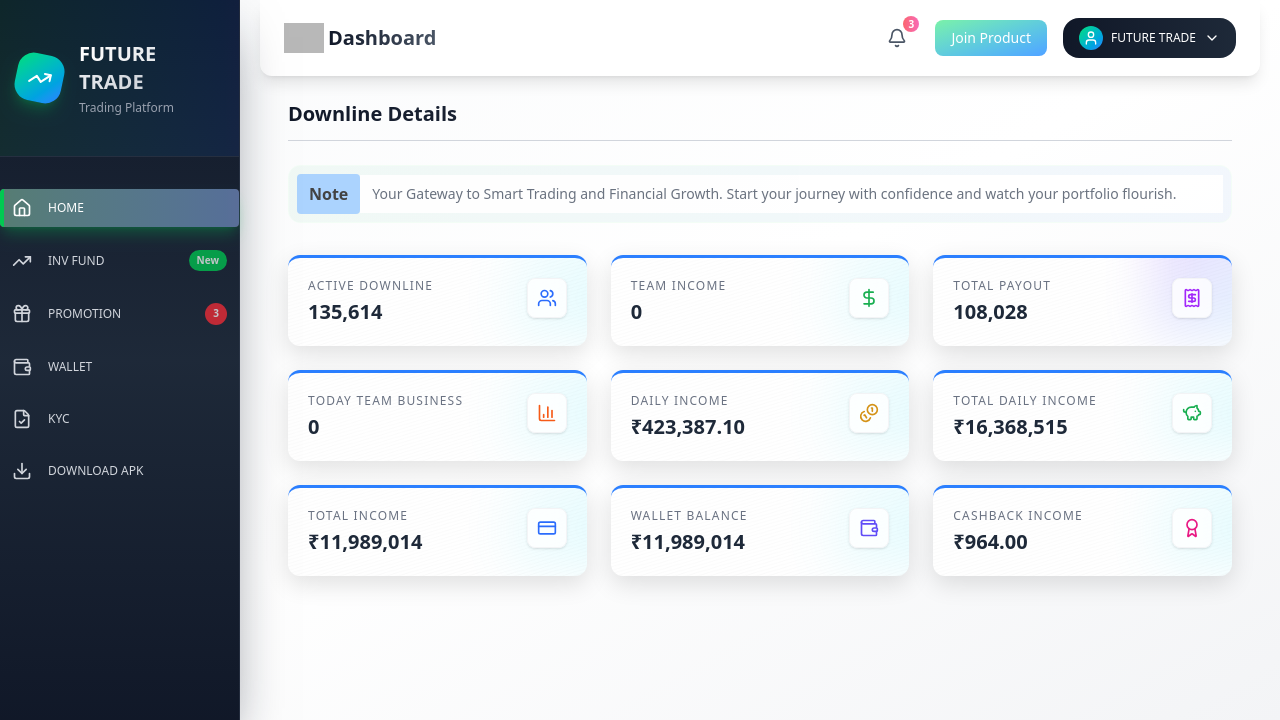
Repository: GauraVPandeyyy/Trade
Page: /
An editor plug-in stored every save of this project. The page is shown before and after the next save, followed by the edit.
The browser window is 1280 px wide. The pictures show the whole page.
Pictures or frames that could not be fetched are drawn as grey boxes. The project was rebuilt for these pictures with package versions that can differ from the ones it lists, and the page was loaded fresh each time. Some packages were replaced by stand-ins written for this rebuild. Also part of the build but not shown: vite.config.js, src/pages/Home.jsx, src/pages/InvFund.jsx, src/pages/Promotion.jsx, src/pages/Wallet.jsx, src/pages/Kyc.jsx, src/pages/DownloadApk.jsx.

Above is the page before, as saved 2025-08-02 13:36:15.

### src/main.jsx
import { StrictMode } from 'react'
import { createRoot } from 'react-dom/client'
import './index.css'
import App from './App.jsx'
import { BrowserRouter, RouterProvider } from 'react-router-dom'
import router from './routes.jsx/router.jsx'

createRoot(document.getElementById('root')).render(
  <StrictMode>
    <RouterProvider router={router} />
  </StrictMode>,
)

### src/App.jsx
import React from 'react'
import Sidebar from './components/Sidebar'
import { Outlet } from 'react-router-dom'
import Dashboard from './pages/Dashboard'
function App() {
  return (
    // <div className='text-center bg-gray-950 relative text-white min-h-screen w-screen'>
    //   <div className='absolute top-0 left-0 bottom-0 w-[300px] h-screen'>
    //     <Sidebar />
    //   </div>
    //   <Outlet />
    //   <h1>hello from h1</h1>
    // </div>
    <Dashboard />
  )
}

export default App

### src/routes.jsx/router.jsx
import App from "../App";
import Home from "../pages/Home";
import InvFund from "../pages/InvFund";
import Promotion from "../pages/Promotion";
import Wallet from "../pages/Wallet";
import Kyc from "../pages/Kyc";
import DownloadApk from "../pages/DownloadApk";
import { createBrowserRouter } from "react-router-dom";

const router = createBrowserRouter([
    {
        path: "/",
        element: <App />,
        children: [
            { path: "", element: <Home /> },
            { path: "inv-fund", element: <InvFund /> },
            { path: "promotion", element: <Promotion /> },
            { path: "wallet", element: <Wallet /> },
            { path: "kyc", element: <Kyc /> },
            { path: "download", element: <DownloadApk /> },
        ],
    },
]);

export default router;

### src/components/Sidebar.jsx
// import React from 'react'
// import { NavLink } from 'react-router-dom'

// function Sidebar() {
//     return (
//         <div className='bg-blue-500 w-full h-full flex flex-col justify-around'>
//             <NavLink
//                 to="/"
//                 className={({ isActive }) => isActive ? "bg-red-500" : ""}>
//                 Home
//             </NavLink>
//             <NavLink
//                 to="/inv-fund"
//                 className={({ isActive }) => isActive ? "bg-red-500" : ""}>
//                 Inv Fund
//             </NavLink>
//             <NavLink
//                 to="/promotion"
//                 className={({ isActive }) => isActive ? "bg-red-500" : ""}>
//                 Promotion
//             </NavLink>
//         </div>
//     )
// }

// export default Sidebar

import { useState } from 'react';
import {
  Home,
  TrendingUp,
  Gift,
  Wallet,
  FileCheck,
  Download,
  X,
  User
} from 'lucide-react';

const Sidebar = ({ isOpen, onClose, isMobile }) => {
  const [activeItem, setActiveItem] = useState('HOME');
  const [hoveredItem, setHoveredItem] = useState(null);

  const menuItems = [
    { name: 'HOME', icon: Home, badge: null },
    { name: 'INV FUND', icon: TrendingUp, badge: 'New' },
    { name: 'PROMOTION', icon: Gift, badge: '3' },
    { name: 'WALLET', icon: Wallet, badge: null },
    { name: 'KYC', icon: FileCheck, badge: null },
    { name: 'DOWNLOAD APK', icon: Download, badge: null },
  ];

  return (
    <>
      {/* Mobile Overlay with blur effect */}
      {isOpen && isMobile && (
        <div
          className="fixed inset-0 bg-black/20 backdrop-blur-sm z-40 transition-all duration-300"
          onClick={onClose}
        />
      )}

      {/* Sidebar */}
      <div className={`
        ${isMobile ? 'fixed' : 'sticky'} left-0 top-0 h-screen w-60 bg-gradient-to-b from-gray-900 via-gray-800 to-gray-900
        text-white z-50 transform transition-all duration-500 ease-out
        ${isOpen && isMobile ? 'translate-x-0' : isMobile ? '-translate-x-full' : 'translate-x-0'}
        ${!isMobile ? 'shadow-2xl shadow-gray-900/50' : ''}
        backdrop-blur-xl border-r border-gray-700/50
      `}>
        {/* Logo Section */}
        <div className="py-10 px-4 border-b border-gray-700/50 relative overflow-hidden">
          <div className="absolute inset-0 bg-gradient-to-r from-green-600/10 to-blue-600/10"></div>
          <div className="relative flex items-center space-x-4">
            <div className="w-12 h-12 bg-gradient-to-br from-green-400 to-blue-500 rounded-2xl flex items-center justify-center shadow-lg shadow-green-500/25 rotate-12 hover:rotate-0 transition-transform duration-500">
              <TrendingUp className="text-white" size={24} />
            </div>
            <div>
              <span className="text-xl font-bold bg-gradient-to-r from-white to-gray-300 bg-clip-text text-transparent">
                FUTURE TRADE
              </span>
              <p className="text-xs text-gray-400 mt-1">Trading Platform</p>
            </div>
          </div>
        </div>

        {/* Mobile Close Button */}
        {isMobile && (
          <button
            onClick={onClose}
            className="absolute top-6 right-6 p-4 text-gray-400 hover:text-white hover:bg-gray-800 rounded-xl transition-all duration-300 z-10"
          >
            <X size={20} />
          </button>
        )}

        {/* Menu Items */}
        <nav className="mt-8 px-0 space-y-3.5">
          {menuItems.map((item, index) => (
            <div
              key={item.name}
              className="relative"
              onMouseEnter={() => setHoveredItem(item.name)}
              onMouseLeave={() => setHoveredItem(null)}
            >
              <button
                onClick={() => setActiveItem(item.name)}
                className={`
                  w-full text-xs flex items-center justify-between px-3 py-[9px] rounded text-left transition-all duration-300
                  transform hover:translate-x-0 hover:scale-100 group relative overflow-hidden
                  ${activeItem === item.name
                    ? 'bg-gradient-to-r from-[#6B7280] to-[#6B7280] text-white shadow-lg shadow-green-500/25'
                    : 'text-gray-300 hover:bg-gray-800/50 hover:text-white'
                  }
                `}
                style={{ transitionDelay: `${index * 50}ms` }}
              >
                {/* Background animation */}
                <div className={`
                  absolute inset-0 bg-gradient-to-r from-green-600/20 to-blue-600/20 border-l-4 border-l-green-500 rounded
                  transform scale-x-0 group-hover:scale-x-100 transition-transform duration-500 origin-left
                  ${activeItem === item.name ? 'scale-x-100' : ''}
                `}></div>

                <div className="relative flex items-center space-x-4 z-10">
                  <item.icon
                    size={20}
                    className={`transition-all duration-300 ${hoveredItem === item.name ? 'scale-110 rotate-x-12' : ''}`}
                  />
                  <span className="font-medium">{item.name}</span>
                </div>

                {item.badge && (
                  <span className={`
                    relative z-10 px-2 py-1 text-[10px] font-bold rounded-full
                    ${item.badge === 'New'
                      ? 'bg-green-500 text-white'
                      : 'bg-red-500 text-white'
                    }
                    animate-pulse
                  `}>
                    {item.badge}
                  </span>
                )}
              </button>
            </div>
          ))}
        </nav>

        {/* User Profile Section */}
        {/* <div className="absolute bottom-6 left-6 right-6">
          <div className="bg-gray-800/50 rounded-2xl p-4 border border-gray-700/50 backdrop-blur-sm">
            <div className="flex items-center space-x-3">
              <div className="w-10 h-10 bg-gradient-to-br from-green-400 to-blue-500 rounded-xl flex items-center justify-center">
                <User size={18} className="text-white" />
              </div>
              <div className="flex-1">
                <p className="text-sm font-medium text-white">John Doe</p>
                <p className="text-xs text-gray-400">Premium User</p>
              </div>
            </div>
          </div>
        </div> */}
      </div>
    </>
  );
};

export default Sidebar;

### src/components/Header.jsx
import { useState } from 'react';
import {
    Menu,
    Bell,
    ChevronDown,
    Search,
    Settings,
    LogOut,
    User
} from 'lucide-react';

const Header = ({ onMenuClick, isMobile }) => {
    const [dropdownOpen, setDropdownOpen] = useState(false);
    // const [searchFocused, setSearchFocused] = useState(false);

    return (
        <header className="bg-white backdrop-blur-xl rounded-b-xl border-gray-400 px-6 py-4 sticky top-0 z-30 shadow-lg">
            <div className="flex items-center justify-between">
                {/* Left Side */}
                <div className="flex items-center space-x-6">
                    {isMobile && (
                        <button
                            onClick={onMenuClick}
                            className="p-2 text-gray-600 hover:text-gray-900 hover:bg-gray-100 rounded-xl transition-all duration-300 hover:scale-110"
                        >
                            <Menu size={20} />
                        </button>
                    )}
                    <div className='flex items-center'>
                        <img src="https://metafutureservices.com/assets/newlogo-pZQDBaKP.jpg" className='w-10 mr-1 animate-pulse' alt="" />
                        <h1 className="text-xl font-bold bg-gradient-to-r from-gray-900 to-gray-600 bg-clip-text text-transparent">
                            Dashboard
                        </h1>
                        {/* <p className="text-sm text-gray-500 mt-1">Welcome back, manage your portfolio</p> */}
                    </div>
                </div>

                {/* Search Bar - Hidden on mobile */}
                {/* {!isMobile && (
                    <div className="flex-1 max-w-lg mx-8">
                        <div className={`
              relative transition-all duration-300
              ${searchFocused ? 'scale-105' : ''}
            `}>
                            <Search className="absolute text-sm left-4 top-1/2 transform -translate-y-1/2 text-gray-400" size={20} />
                            <input
                                type="text"
                                placeholder="Search transactions, users..."
                                className="w-full pl-12 pr-4 py-2 bg-gray-50 border border-gray-200 rounded-2xl focus:outline-none focus:ring-2 focus:ring-green-500 focus:border-transparent transition-all duration-300"
                                onFocus={() => setSearchFocused(true)}
                                onBlur={() => setSearchFocused(false)}
                            />
                        </div>
                    </div>
                )} */}

                {/* Right Side */}
                <div className="flex items-center space-x-4">
                    {/* Notifications */}
                    <div className="relative">
                        <button className="p-3 text-gray-600 hover:text-gray-900 hover:bg-gray-100 rounded-xl transition-all duration-300 hover:scale-110 relative group">
                            <Bell size={20} />
                            <span className="absolute -top-0 -right-0 w-4 h-4 bg-gradient-to-r from-red-500 to-pink-500 rounded-full text-[10px] text-white flex items-center justify-center font-bold animate-pulse">
                                3
                            </span>
                            <div className="absolute inset-0 rounded-xl bg-gradient-to-r from-red-500/10 to-pink-500/10 opacity-0 group-hover:opacity-100 transition-opacity duration-300"></div>
                        </button>
                    </div>

                    {/* Join Product Button */}
                    <button className="relative bg-gradient-to-br from-green-300 to-blue-400 text-sm text-white px-4 py-2 rounded-lg font-medium hover:from-green-300 hover:to-blue-300 transition-all duration-300 hover:scale-105 hover:shadow-lg hover:shadow-green-500/25 group overflow-hidden">
                        <span className="relative z-10">Join Product</span>
                        <div className="absolute inset-0 bg-gradient-to-r from-white/20 to-transparent transform -skew-x-12 -translate-x-full group-hover:translate-x-full transition-transform duration-1000"></div>
                    </button>

                    {/* Profile Dropdown */}
                    <div className="relative">
                        <button
                            onClick={() => setDropdownOpen(!dropdownOpen)}
                            className="flex items-center space-x-2 text-xs bg-gradient-to-r from-gray-900 to-gray-800 text-white px-4 py-2 rounded-2xl hover:from-gray-800 hover:to-gray-700 transition-all duration-300 hover:scale-105 group"
                        >
                            <div className="w-6 h-6 rounded-xl bg-gradient-to-br from-green-400 to-blue-500 flex items-center justify-center">
                                <User size={16} className="text-white" />
                            </div>
                            <span className="font-medium">FUTURE TRADE</span>
                            <ChevronDown size={16} className={`transition-transform duration-300 ${dropdownOpen ? 'rotate-180' : ''}`} />
                        </button>

                        {dropdownOpen && (
                            <div className="absolute right-0 mt-2 w-56 bg-white/95 backdrop-blur-xl rounded-2xl shadow-xl border border-gray-200/50 py-2 z-50 animate-fadeInScale">
                                <div className="px-4 py-3 border-b border-gray-100">
                                    <p className="text-sm font-medium text-gray-900">Future Trade</p>
                                    <p className="text-xs text-gray-500">admin@futuretrade.com</p>
                                </div>
                                <a href="#" className="flex items-center space-x-3 px-4 py-3 text-sm text-gray-700 hover:bg-gray-50 transition-colors group">
                                    <User size={16} className="text-gray-400 group-hover:text-gray-600" />
                                    <span>Profile</span>
                                </a>
                                <a href="#" className="flex items-center space-x-3 px-4 py-3 text-sm text-gray-700 hover:bg-gray-50 transition-colors group">
                                    <Settings size={16} className="text-gray-400 group-hover:text-gray-600" />
                                    <span>Settings</span>
                                </a>
                                <hr className="my-2" />
                                <a href="#" className="flex items-center space-x-3 px-4 py-3 text-sm text-red-600 hover:bg-red-50 transition-colors group">
                                    <LogOut size={16} />
                                    <span>Logout</span>
                                </a>
                            </div>
                        )}
                    </div>
                </div>
            </div>
        </header>
    );
};

export default Header;

### src/components/DashboardCard.jsx
import { useState, useEffect } from 'react';


const DashboardCard = ({ icon: Icon, label, value, colorClass = "text-blue-600", trend, delay = 0 }) => {
  const [isVisible, setIsVisible] = useState(false);

  useEffect(() => {
    const timer = setTimeout(() => setIsVisible(true), delay);
    return () => clearTimeout(timer);
  }, [delay]);

  return (
    // <div
    //   className={`
    //     group relative bg-white rounded-2xl px-3 py-3 shadow-sm bg-gradient-to-br from-indigo-00 via-cyan-300 to-emerald-200  border border-gray-200
    //     hover:shadow-xl hover:shadow-gray-200/50 transition-all duration-300 cursor-pointer
    //     hover:-translate-y-2 hover:border-gray-200
    //     transform ${isVisible ? 'translate-y-0 opacity-100' : 'translate-y-8 opacity-0'}
    //     before:absolute before:inset-0 before:rounded-xl before:bg-gradient-to-r
    //     before:from-transparent before:via-transparent before:to-gray-50/50
    //     before:opacity-0 hover:before:opacity-100 before:transition-opacity before:duration-300
    //   `}
    //   style={{ transitionDelay: `${delay}ms` }}
    // >
    //   {/* Gradient overlay on hover */}
    //   <div className="absolute inset-0 rounded-xl bg-gradient-to-br from-white to-gray-50/30 opacity-0 group-hover:opacity-100 transition-opacity duration-300"></div>

    //   <div className="relative z-10 flex items-start justify-between">
    //     <div className="flex-1">
    //       <p className="text-xs font-medium text-gray-500 mb-2 tracking-wide uppercase">{label}</p>
    //       <div className="flex items-baseline space-x-2">
    //         <p className="text-lg font-bold text-gray-900 tracking-tight">{value}</p>
    //         {trend && (
    //           <span className={`text-xs font-medium ${trend >= 0 ? 'text-green-600' : 'text-red-600'}`}>
    //             {trend > 0 ? '+' : ''}{trend}%
    //           </span>
    //         )}
    //       </div>
    //     </div>
    //     <div className={`
    //       p-3 rounded-2xl transition-all duration-500 group-hover:scale-110 group-hover:rotate-6
    //       bg-gradient-to-br from-gray-50 to-gray-100 group-hover:from-white group-hover:to-gray-50
    //       ${colorClass} group-hover:shadow-lg
    //     `}>
    //       <Icon size={28} className="transition-transform duration-500 group-hover:scale-110" />
    //     </div>
    //   </div>

    //   {/* Animated bottom border */}
    //   <div className={`absolute bottom-0 left-0 h-1 bg-gradient-to-r ${colorClass.replace('text-', 'from-')} to-transparent rounded-b-2xl transition-all duration-500 w-0 group-hover:w-full`}></div>
    // </div>

    <div
      className={`
    relative h-auto border-t-3 rounded-xl p-5 overflow-hidden
    bg-white  border-t-blue-500
    shadow-[0_8px_24px_rgba(0,0,0,0.12)] hover:shadow-[0_12px_16px_rgba(0,0,0,0.18)]
    transition-all duration-300 ease-out
    transform ${isVisible ? 'translate-y-0 opacity-100' : 'translate-y-8 opacity-0'}
    hover:-translate-y-2 cursor-pointer
    group
  `}
      style={{ transitionDelay: `${delay}ms` }}
    >
      {/* Premium SVG background */}
      <div className="absolute inset-0 opacity-10 group-hover:opacity-20 transition-opacity duration-700">
        <svg width="100%" height="100%" viewBox="0 0 256 256" preserveAspectRatio="none">
          <defs>
            <pattern id="diagonalHatch" patternUnits="userSpaceOnUse" width="10" height="10">
              <path d="M-1,1 l2,-2 M0,10 l10,-10 M9,11 l2,-2" stroke="#888" strokeWidth="0.5" />
            </pattern>
          </defs>
          <rect width="100%" height="100%" fill="url(#diagonalHatch)" />
        </svg>
      </div>

      {/* Floating gradient accent */}
      <div className={`
    absolute -top-20 -right-20 w-40 h-40 rounded-xl blur-xl opacity-20
    bg-gradient-to-br ${colorClass.replace('text-', 'from-')} to-cyan-300
    transition-all duration-1000 group-hover:opacity-30 group-hover:-top-16
  `}></div>

      <div className="relative z-10 h-full flex flex-col">
        <div className="flex justify-between items-start">
          <div>
            <p className="text-xs font-medium text-gray-500 mb-1 tracking-widest uppercase">{label}</p>
            <p className="text-xl font-bold text-gray-800">{value}</p>
          </div>

          {/* Icon placed in top-right corner with better styling */}
          <div className={`
        w-10 h-10 rounded-lg flex items-center justify-center
        bg-white/80 backdrop-blur-sm shadow-sm
        border border-gray-100
        transition-all duration-500 group-hover:scale-110 group-hover:rotate-12
        ${colorClass}
      `}>
            <Icon size={20} className="opacity-90" />
          </div>
        </div>

        {/* {trend !== null && trend !== undefined && (
          <div className={`mt-auto w-fit inline-flex items-center px-3 py-1.5 rounded-full text-xs font-medium
    ${trend > 0 ? 'bg-green-50 text-green-700' : 'bg-red-50 text-red-700'}`}>
            {trend > 0 ? (
              <svg className="w-3 h-3 mr-1.5" fill="currentColor" viewBox="0 0 20 20">
                <path fillRule="evenodd" d="M14.707 12.707a1 1 0 01-1.414 0L10 9.414l-3.293 3.293a1 1 0 01-1.414-1.414l4-4a1 1 0 011.414 0l4 4a1 1 0 010 1.414z" clipRule="evenodd" />
              </svg>
            ) : (
              <svg className="w-3 h-3 mr-1.5" fill="currentColor" viewBox="0 0 20 20">
                <path fillRule="evenodd" d="M5.293 7.293a1 1 0 011.414 0L10 10.586l3.293-3.293a1 1 0 111.414 1.414l-4 4a1 1 0 01-1.414 0l-4-4a1 1 0 010-1.414z" clipRule="evenodd" />
              </svg>
            )}
            {Math.abs(trend)}%
          </div>
        )} */}

      </div>

      {/* Interactive border animation */}
      <div className={`
    absolute inset-0 rounded-2xl pointer-events-none
    border-2 border-transparent group-hover:border-white/30
    transition-all duration-700
  `}></div>
    </div>
  );
};

export default DashboardCard;

Loaded but not shown: index.html (common file); src/index.css (common file); src/pages/Dashboard.jsx (269 lines, source omitted)

After the next save:
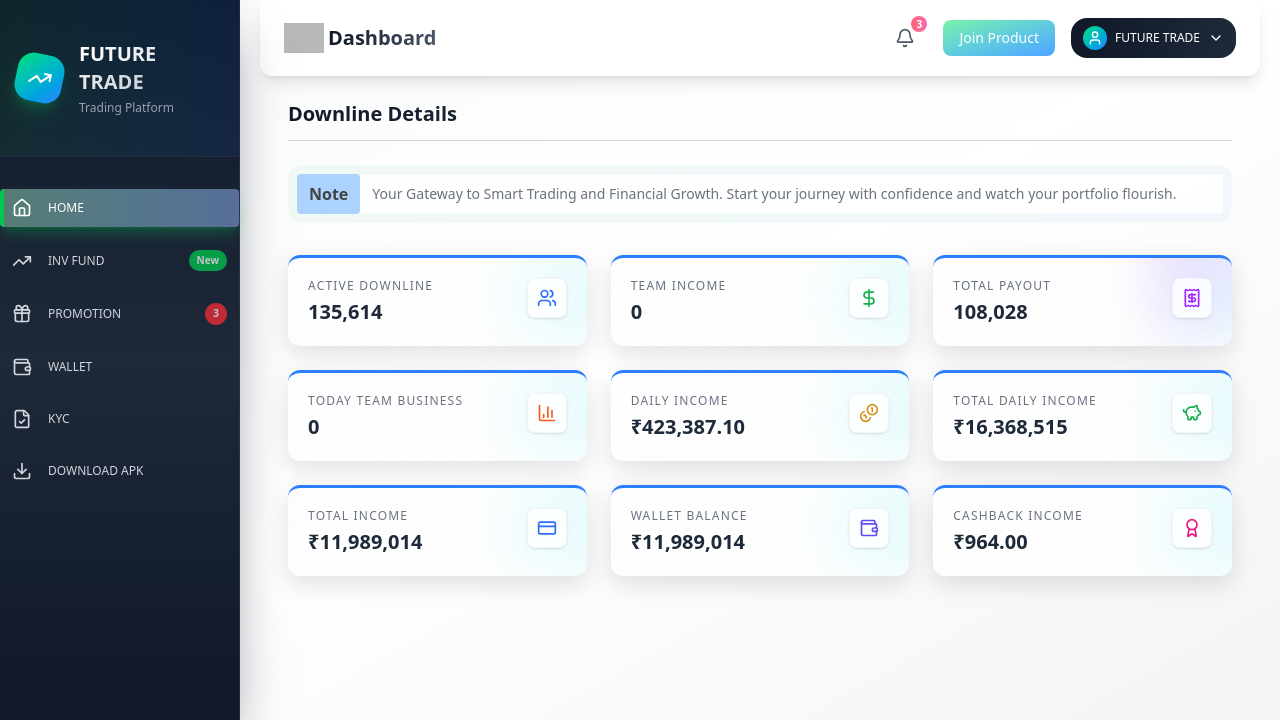
Saved 29 s later.
--- a/src/components/Header.jsx
+++ b/src/components/Header.jsx
@@ -77,7 +77,7 @@
                     <div className="relative">
                         <button
                             onClick={() => setDropdownOpen(!dropdownOpen)}
-                            className="flex items-center space-x-2 text-xs bg-gradient-to-r from-gray-900 to-gray-800 text-white px-4 py-2 rounded-2xl hover:from-gray-800 hover:to-gray-700 transition-all duration-300 hover:scale-105 group"
+                            className="flex items-center space-x-2 text-xs bg-gradient-to-r from-gray-900 to-gray-800 text-white px-3 py-2 rounded-2xl hover:from-gray-800 hover:to-gray-700 transition-all duration-300 hover:scale-105 group"
                         >
                             <div className="w-6 h-6 rounded-xl bg-gradient-to-br from-green-400 to-blue-500 flex items-center justify-center">
                                 <User size={16} className="text-white" />
